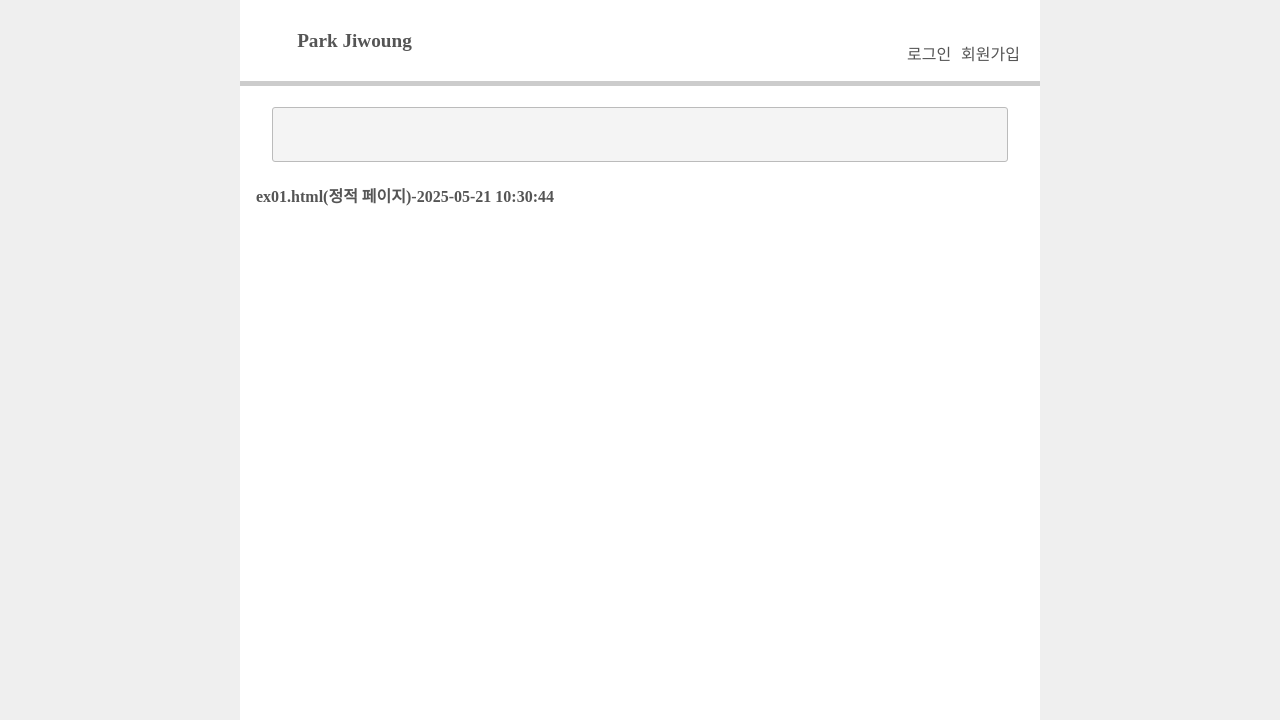
Repository: park-jiwoong/webClass
Page: http://localhost/jspPro/days01/ex01.jsp
The author's editor kept a copy of each file at every save. The page is drawn from the files as they stood at one save, then again after the next save.
The browser window is 1280 px wide. The pictures show the whole page.
Some web fonts or font styles are not loaded; a fallback is used. The page is served by Tomcat 9. Other server files are loaded and not shown.

Above is the page before, as saved 2025-05-21 01:33:30.

### JSPClass/jspPro/src/main/webapp/days01/ex01.jsp
<%@ page contentType="text/html; charset=UTF-8" pageEncoding="UTF-8"%>
<!DOCTYPE html>
<html>
<head>
<meta charset="UTF-8">
<meta name="viewport" content="width=device-width, initial-scale=1.0">
<link rel="shortcut icon" type="image/x-icon" href="http://localhost/jspPro/images/SiSt.ico">
<title>2025. 5. 21. 오전 10:31:44</title>
<script src="https://ajax.googleapis.com/ajax/libs/jquery/3.7.1/jquery.min.js"></script>
<link rel="stylesheet" href="http://localhost/jspPro/resources/cdn-main/example.css">
<script src="http://localhost/jspPro/resources/cdn-main/example.js"></script>
	<style>
 	span.material-symbols-outlined{
    vertical-align: text-bottom;
 	}
	</style>
</head>
<header>
    <h1 class="main"><a href="#" style="position: absolute;top:30px;">Park Jiwoung</a></h1>
    <ul>
        <li><a href="#">로그인</a></li>
        <li><a href="#">회원가입</a></li>

    </ul>
</header>
<div>
    <xmp class="code">
    </xmp>
    <h4>ex01.html(정적 페이지)-2025-05-21 10:30:44</h4>
</div>
</html>

### JSPClass/jspPro/src/main/webapp/resources/cdn-main/example.css
@charset "UTF-8";

@import url('https://fonts.googleapis.com/css2?family=Material+Symbols+Outlined:opsz,wght,FILL,GRAD@20..48,100..700,0..1,-50..200');

@font-face {
    font-family: 'GmarketSansMedium';
    src: url('https://cdn.jsdelivr.net/gh/projectnoonnu/noonfonts_2001@1.1/GmarketSansMedium.woff') format('woff');
    font-weight: normal;
    font-style: normal;
}

:root {
	--text-color: #555;
	--sub-text-color: #777;
	--back-color: #EFEFEF;
	--header-color: #444;
	--primary-color: #DEDEDE;
	--secondary-color: #EFEFEF;
	--default-width: 800px;
	--narrow-width: 500px;
	--wide-width: 1200px;
	--text-font: 'GmarketSansMedium';
	--icon-font: 'Material Symbols Outlined';
	--border-color: #CCC;
}

html, body {
	margin: 0;
	padding: 0;
}

html {
	background-color: var(--back-color);
	display: flex;
	justify-content: center;
	min-height: 100vh;
}

body, body.default {
	width: var(--default-width);
	background-color: white;
	padding-bottom: 120px;
}

body.wide {
	width: var(--wide-width);
}

body.narrow {
	width: var(--narrow-width);
}



body, p, div, span, a, input, select, option, textarea, button, table, th, td, label, fieldset, legend {
	font-family: var(--text-font);
	color: var(--text-color);
}

h1, h2, h3 {
	font-family: var(--text-font);
	color: var(--header-color);
	padding: 0 1rem;
	padding-top: .5rem;
}

div > h1, div > h2, div > h3 {
	padding: 0;
}

body > div, body > main > div {
	padding: 0.3rem 1rem;
}


h1 { font-size: 2rem; border-bottom: 1px solid var(--border-color); }
h1 small { font-size: 1.2rem; color: var(--sub-text-color); }
h2 { font-size: 1.5rem; border-bottom: 1px dashed var(--border-color); }
h2 small { font-size: 1.1rem; color: --sub-text-color; }
h3 { font-size: 1.2rem; }
h3 small { font-size: 1rem; color: --sub-text-color; }



h1.main::before {
	font-family: var(--icon-font);
  	content: '\e666';
  	margin-right: 10px;
  	float: left;
	font-size: 2.5rem;
}

h1.sub::before {
	font-family: var(--icon-font);
  	content: '\ea19';
  	margin-right: 10px;
  	float: left;
	font-size: 2.5rem;
}


h1.page::before {
	font-family: var(--icon-font);
  	content: '\e0e0';
  	margin-right: 10px;
  	float: left;
	font-size: 2.5rem;
}

body > header > ul > li > .active{
	background-color: #FFF;
	color:#F00;
}

body > header {
	display: flex;
	justify-content: space-between;
	border-bottom: 5px solid var(--border-color);
	min-height: 74px;
	background-color: #FFF;
}

body > header.sticky {
	position: sticky;
	top: 0;
	z-index: 98;
}

body > header > h1 {
	font-size: 1.2rem;
	border: 0;
}

body > header.in > h1::before {
	font-family: var(--icon-font);
  	content: '\e332‥';
  	margin-right: 3px;
  	float: left;
	font-size: 2rem;
}


body > header > ul {
	list-style-type: none;
	display: flex;
	align-items: flex-end;
	margin-right: 10px;
}

body > header > ul > li {
	margin-right: 10px;
	cursor: pointer;
}

body > header > ul > li > a {
	cursor: pointer;
}


form {
	display: block;
}

form > div {
	padding: 0.3rem 1rem;
}

div > form > div {
	padding: 0.3rem 0;
}

input, textarea, button, select {
	border: 1px solid #BBB;
	border-radius: 3px;
	outline: none;
	resize: none;
	padding: 7px;
	margin: 0;
}

input[type=text]:read-only, textarea:read-only {
	cursor: not-allowed;
	background-color: #FFF;
}

input[type=text]:disabled, textarea:disabled {
	cursor: not-allowed;
	background-color: #EEE;
}

input[type=text], input[type=password], textarea, button, select {
	/* width: 300px; */
}

textarea {
	display: block;
	height: 100px;
}

input[type=button], input[type=submit], button {
	/* width: inherit; */
}

input.short, textarea.short, button.short, select.short {
	width: 100px;
}

input.long, textarea.long, button.long, select.long {
	width: 350px;
}

.narrow input.long, .narrow textarea.long, .narrow button.long, .narrow select.long {
	width: calc(100% - 20px);
}

input.full, textarea.full, button.full, select.full {
	width: calc(100% - 20px);
}

textarea.short {
	height: 50px;
}

textarea.long {
	height: 100px;
}

textarea.full {
	height: 200px;
}

input, textarea {
	padding-top: 8px;
}

input[type=button], input[type=submit], button {
	padding: 5px 10px;
	background-color: var(--secondary-color);
	cursor: pointer;
	min-height: 36px;
}

input[type=button].primary, input[type=submit].primary, button.primary {
	/* background-color: rgba(100, 149, 237, .2); */
	background-color: var(--primary-color);
}

input[type=button].primary:hover, input[type=submit].primary:hover, button.primary:hover {
	/* background-color: rgba(100, 149, 237, .3); */
	background-color: var(--secondary-color);
}

input[type=button]:hover, input[type=submit]:hover, button:hover {
	background-color: var(--primary-color);
}

button {
	position: relative;
	left: 0;
	top: 0;
	padding-left: 35px;
}

button .material-symbols-outlined {
	position: absolute;
	left: 10px;
	top: 4px;
}

/* k2nik add */
button.login::before {
	font-family: var(--icon-font);
  	content: '\ea77';
	position: absolute;
	left: 11px;
	top: 4px;
	font-size: 1.25rem;
}

/* k2nik logout */
button.logout::before {
	font-family: var(--icon-font);
  	content: '\e9ba';
	position: absolute;
	left: 11px;
	top: 4px;
	font-size: 1.25rem;
}

/* k2nik help */
button.help::before {
	font-family: var(--icon-font);
  	content: '\f1c0';
	position: absolute;
	left: 11px;
	top: 4px;
	font-size: 1.25rem;
}

button.add::before{
	font-family: var(--icon-font);
  	content: '\e746';
	position: absolute;
	left: 11px;
	top: 4px;
	font-size: 1.25rem;
}

button.back::before {
	font-family: var(--icon-font);
  	content: '\e166';
	position: absolute;
	left: 11px;
	top: 4px;
	font-size: 1.25rem;
}

button.list::before {
	font-family: var(--icon-font);
  	content: '\e0ee';
	position: absolute;
	left: 11px;
	top: 4px;
	font-size: 1.25rem;
}


button.del::before {
	font-family: var(--icon-font);
  	content: '\e872';
	position: absolute;
	left: 11px;
	top: 4px;
	font-size: 1.25rem;
}

button.alldel::before {
	font-family: var(--icon-font);
  	content: '\e92b';
	position: absolute;
	left: 11px;
	top: 4px;
	font-size: 1.25rem;
}


button.edit::before {
	font-family: var(--icon-font);
  	content: '\e745';
	position: absolute;
	left: 11px;
	top: 4px;
	font-size: 1.25rem;
}


button.login::before {
	font-family: var(--icon-font);
  	content: '\ea77';
	position: absolute;
	left: 11px;
	top: 4px;
	font-size: 1.25rem;
}


button.logout::before {
	font-family: var(--icon-font);
  	content: '\e9ba';
	position: absolute;
	left: 11px;
	top: 4px;
	font-size: 1.25rem;
}


button.in::before {
	font-family: var(--icon-font);
  	content: '\f71a';
	position: absolute;
	left: 11px;
	top: 4px;
	font-size: 1.25rem;
}


button.out::before {
	font-family: var(--icon-font);
  	content: '\f70e';
	position: absolute;
	left: 11px;
	top: 4px;
	font-size: 1.25rem;
}


button.reply::before {
	font-family: var(--icon-font);
  	content: '\e15e';
	position: absolute;
	left: 11px;
	top: 4px;
	font-size: 1.25rem;
}


button.comment::before {
	font-family: var(--icon-font);
  	content: '\e0b9';
	position: absolute;
	left: 11px;
	top: 4px;
	font-size: 1.25rem;
}


button.modal::before {
	font-family: var(--icon-font);
  	content: '\e89e';
	position: absolute;
	left: 11px;
	top: 4px;
	font-size: 1.25rem;
}


button.ok::before {
	font-family: var(--icon-font);
  	content: '\e86c';
	position: absolute;
	left: 11px;
	top: 4px;
	font-size: 1.25rem;
}


button.cancel::before {
	font-family: var(--icon-font);
  	content: '\e5c9';
	position: absolute;
	left: 11px;
	top: 4px;
	font-size: 1.25rem;
}

button.search::before {
	font-family: var(--icon-font);
  	content: '\e8b6';
	position: absolute;
	left: 11px;
	top: 4px;
	font-size: 1.25rem;
}

button.home::before {
	font-family: var(--icon-font);
  	content: '\e88a';
	position: absolute;
	left: 11px;
	top: 4px;
	font-size: 1.25rem;
}


button.sidebar::before {
	font-family: var(--icon-font);
  	content: '\f7e4';
	position: absolute;
	left: 11px;
	top: 4px;
	font-size: 1.25rem;
}


button.sidebar-right::before {
	font-family: var(--icon-font);
  	content: '\f7e5';
	position: absolute;
	left: 11px;
	top: 4px;
	font-size: 1.25rem;
}




button::before {
	font-family: var(--icon-font);
  	content: '\e323';
	position: absolute;
	left: 11px;
	top: 4px;
	font-size: 1.25rem;
}


table {
	border-collapse: collapse;
	margin: 1rem;
	box-sizing: border-box;
	width: calc(100% - 32px);
}

table.content {
	width: auto;
}

div > table {
	margin: 0;
}

table th, table td {
	border: 1px solid var(--border-color);
	padding: 7px;
	font-weight: normal;
}

table th {
	background-color: var(--back-color);
}

table.vertical th {
	width: 150px;
}

table.vertical td {
	width: calc(100% - 182px);
	padding-left: 10px;
}

table.content td, table.content th {
	width: auto;
}

body.narrow table.vertical th {
	width: 100px;
}

body.narrow table.vertical td {
	width: calc(100% - 182px);
}


table + table {
	margin-top: 30px;
}


p {
	padding: 0 1rem;
}

a {
	text-decoration: none;
}

a:hover {
	color: rgba(255, 99, 71, .7);
}

hr {
	border: 0;
	border-top: 1px solid var(--border-color);
	margin: 2rem 0;
}

.message {
	border: 1px solid var(--border-color);
	background-color: #EFEFEF;
	margin: 1rem;
	width: auto;
	padding-top: 10px;
	padding-bottom: 10px;
	font-size: 14px;
}

.message[title]::before {
	content: attr(title);
	display: block;
	border-bottom: 1px solid var(--border-color);
	padding-bottom: 5px;
	margin-bottom: 10px;
	margin-top: 7px;
}

.message.short {
	max-width: 250px;
}

.message.long {
	max-width: 500px;
}

.badge {
	float: right;
	font-size: .8rem;
	margin-top: 2px;
	margin-right: 2px;
	text-shadow: 0 0 7px gray;
}

.badge.left {
	float: none;
	margin-left: 2px;
}

.badge.right {
	float: right;
}

.badge.red {
	border-radius: 50%;
	padding: 2px 5px;
	background-color: rgb(255, 99, 71, .3);
}

.badge.yellow {

	border-radius: 50%;
	padding: 2px 5px;
	background-color: rgb(255, 215, 0, .5);
}

.badge.blue {
	border-radius: 50%;
	padding: 2px 5px;
	background-color: rgb(100, 149, 237, .3);
}

label + label {
	margin-left: 7px;
}

label input[type=checkbox], label input[type=radio] {
	transform: translate(0, 1px);
}

.group {
	display: flex;
}

.modal-content .group {
	margin-bottom: .5rem;
}

.group label {
	border: 1px solid #BBB;
	border-radius: 3px;
	outline: none;
	resize: none;
	padding: 7px 14px;
	margin: 0;
	border-top-right-radius: 0;
	border-bottom-right-radius: 0;
	background-color: #EFEFEF;
	white-space: nowrap;
	font-size: 14px;
}

.group input[type=text] {
	margin-left: -1px;
	border-top-left-radius: 0;
	border-bottom-left-radius: 0;
}

.group select {
	margin-left: -1px;
	border-top-left-radius: 0;
	border-bottom-left-radius: 0;
}

.group input.full[type=text] {
	margin-left: -1px;
	border-top-left-radius: 0;
	border-bottom-left-radius: 0;
	width: 100%;
}

.group input[type=button]:first-child, .group button:first-child {
	border-top-left-radius: 3px;
	border-bottom-left-radius: 3px;
	margin-left: 0px;
}

.group input[type=button], .group button {
	border-radius: 0;
	margin-left: -1px;
}

.group input[type=button]:last-child, .group button:last-child {
	margin-left: -1px;
	border-top-right-radius: 3px;
	border-bottom-right-radius: 3px;
}

.seperate {
	display: flex;
	justify-content: space-between;
}

div.list {
	width: max-content;
	margin: 1rem;
	border: 1px solid #BBB;
	border-radius: 3px;
	padding: 0;
}

div.list.full {
	width: auto;
	display: block;
	margin: 1rem;
	border: 1px solid #BBB;
	border-radius: 3px;
	padding: 0;
}

div.list > div {
	padding: .5rem 1rem;
	margin: 0;
	border-bottom: 1px solid #BBB;
}

div.list > div:last-child {
	border-bottom: 0;
}

pre.code , xmp.code{
	font-family: consols;
	background-color: rgba(150, 150, 150, .1);
	border: 1px solid #BBB;
	border-radius: 3px;
	padding: .5rem 1rem;
	padding-bottom: .6rem;
	margin: 1rem;
}




*[data-modal-window] {
	position: fixed;
	background-color: rgba(0, 0, 0, .3);
	left: 0;
	top: 0;
	display: none;
	justify-content: center;
	align-items: flex-start;
	width: 100%;
	min-height: 100vh;
	z-index: 100;
	opacity: 0;
	transition: 500ms all;
}

*[data-modal-window] .modal-container {
	border-radius: 5px;
	padding: 1rem;
	padding-bottom: .5rem;
	margin-top: -500px;
	opacity: 0;
	width: 500px;
	background-color: #FFF;
	margin-right: 2rem;
	transition: 500ms all;
}

*[data-modal-size=content] .modal-container {
	width: auto;
}

*[data-modal-size=narrow] .modal-container {
	width: 300px;
}

*[data-modal-size=wide] .modal-container {
	width: 760px;
}


*[data-modal-window] .modal-header {
	border-bottom: 1px solid var(--border-color);
	padding: 2px 5px;
}

*[data-modal-window] .modal-content {
	padding: 1rem 5px;
}

*[data-modal-window] .modal-content div:last-child {
	margin-top: 1rem;
	text-align: right;
}



*[data-sidebar-window] {
	position: fixed;
	background-color: #FFF;
	left: 0;
	top: 0;
	display: block;
	width: 300px;
	border-right: 1px solid var(--border-color);
	box-sizing: border-box;
	box-shadow: 0 0 3px var(--back-color);
	min-height: 100vh;
	z-index: 99;
	transform: translate(-300px, 0);
	transition-duration: 500ms;
	transition-property: transform;
}

*[data-sidebar-direction=right] {
	left: auto;
	right: 0;
	transform: translate(300px, 0);
	border-left: 1px solid var(--border-color);
}

*[data-sidebar-size=wide] {
	width: 500px;
	transform: translate(-500px, 0);
}

*[data-sidebar-window] .sidebar-title {
	border-bottom: 1px solid var(--border-color);
	margin-top: 20px;
	margin-bottom: 20px;
	padding-bottom: 5px;
	display: flex;
	justify-content: space-between;
}

*[data-sidebar-window] .sidebar-title span:last-child {
	cursor: pointer;
}


/* K2Nik pagination */
.center {
  text-align: center;
}

.pagination {
  display: inline-block;
}

.pagination a {
  color: black;
  float: left;
  padding: 3px 6px;
  text-decoration: none;
  transition: background-color .3s;
  border: 1px solid #ddd;
  margin: 0 3px;
}

.pagination a.active {
  background-color: #4CAF50;
  color: white;
  border: 1px solid #4CAF50;
}

.pagination a:hover:not(.active) {background-color: #ddd;}

### JSPClass/jspPro/src/main/webapp/resources/cdn-main/example.js

window.onload = () => {

    const list = document.querySelectorAll('input, textarea');

    list.forEach(item => {
        item.setAttribute('autocomplete', 'off');
    });


    const modal_btn_list = document.querySelectorAll('*[data-modal-button]');

    modal_btn_list.forEach(item => {
        item.onclick = function() {

            const name = this.dataset['modalButton'];
            const modal_window = document.querySelector('*[data-modal-window=' + name);

            const container = document.createElement('div');
            container.className = 'modal-container';



            const modal_header = document.createElement('div');
            modal_header.textContent = modal_window.dataset['modalTitle'];
            modal_header.className = 'modal-header';
            container.appendChild(modal_header);

            const modal_content = document.createElement('div');
            modal_content.className = 'modal-content';
            container.appendChild(modal_content);

            Array.from(modal_window.childNodes).forEach(item => {
                modal_content.appendChild(item);
            });

            modal_window.appendChild(container);

            modal_window.style.display = 'flex';

            setTimeout(() => {
                modal_window.style.opacity = 1;
                container.style.marginTop = '20px';
                container.style.opacity = 1;
            }, 50);


            const modal_ok = document.querySelector('*[data-modal-ok=' + name);
            modal_ok.addEventListener('click', function() {
                modal_window.style.opacity = 0;
                container.style.marginTop = '-500px';
                container.style.opacity = 0;

                setTimeout(() => {
                    modal_window.innerHTML = modal_content.innerHTML;
                    modal_window.style.display = 'none';
                }, 500);

            });

            const modal_cancel = document.querySelector('*[data-modal-cancel=' + name);
            modal_cancel.addEventListener('click', function() {

                modal_window.style.opacity = 0;
                container.style.marginTop = '-500px';
                container.style.opacity = 0;

                setTimeout(() => {
                    modal_window.innerHTML = modal_content.innerHTML;
                    modal_window.style.display = 'none';
                }, 500);
            });


        };
    });


    const sidebar_btn_list = document.querySelectorAll('*[data-sidebar-button]');

    sidebar_btn_list.forEach(item => {
        item.onclick = function() {



            const name = this.dataset['sidebarButton'];
            const sidebar_window = document.querySelector('*[data-sidebar-window=' + name);

            if (sidebar_window.style.transform == 'translate(0px, 0px)') return;



            sidebar_window.style.transform = 'translate(0, 0)';

            const sidebar_title = document.createElement('div');
            sidebar_title.className = 'sidebar-title';
            sidebar_title.innerHTML = '<span>' + sidebar_window.dataset['sidebarTitle'] + '</span><span class="material-symbols-outlined">close</span>';

            sidebar_title.children[1].onclick = function() {

                let sign = 1;
                let distance = 300;

                if (sidebar_window.dataset['sidebarDirection'] != 'right') {
                    sign = -1;
                } else {
                    sign = 1;
                }

                if (sidebar_window.dataset['sidebarSize'] != 'wide') {
                    distance = 300;
                } else {
                    distance = 500;
                }

                distance *= sign;

                sidebar_window.style.transform = 'translate(' + distance + 'px, 0)';

                setTimeout(function() {
                    sidebar_window.removeChild(sidebar_window.children[0]);
                }, 500);
            };


            sidebar_window.prepend(sidebar_title);

        }
    });

};

// window.onkeydown = function(event) {

//     if (event.keyCode == 27) {
//         if (document.querySelector('[data-modal-window').style.display == 'flex') {
//             document.querySelector('[data-modal-window').style.display = 'none';
//         }
//     }

// };

After the next save:
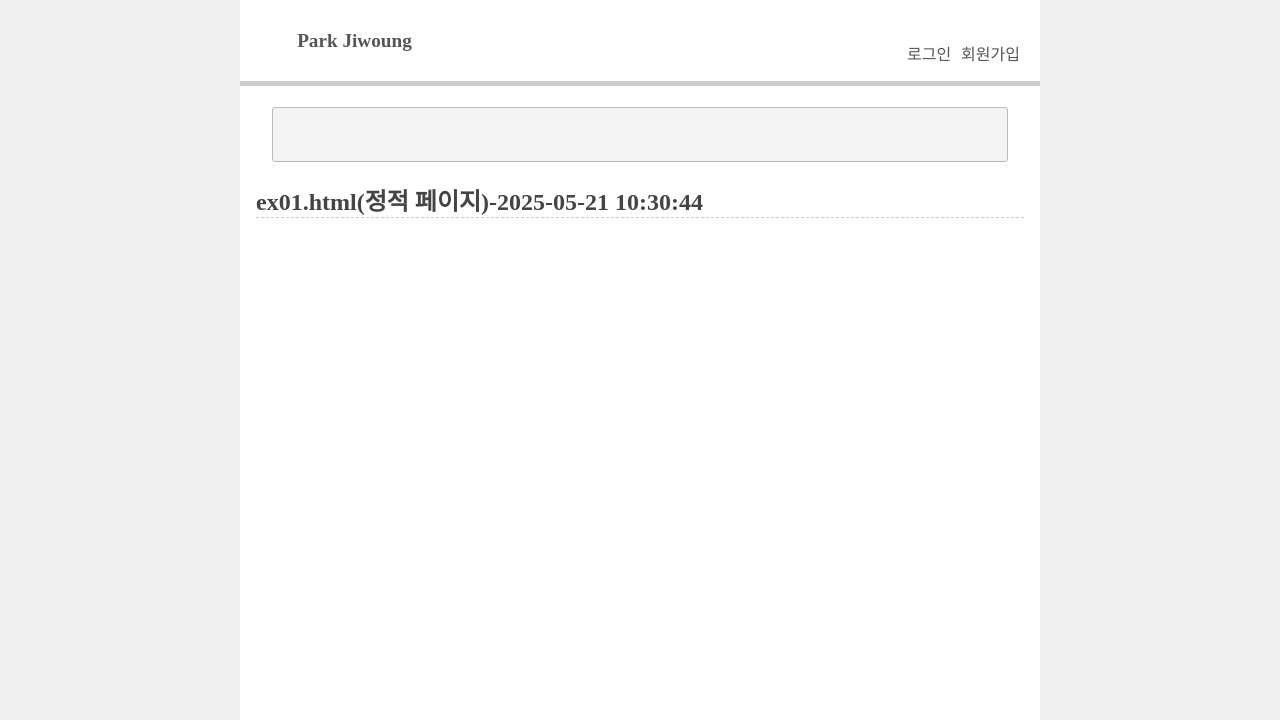
Saved 6 s later.
--- a/JSPClass/jspPro/src/main/webapp/days01/ex01.jsp
+++ b/JSPClass/jspPro/src/main/webapp/days01/ex01.jsp
@@ -26,6 +26,6 @@
 <div>
     <xmp class="code">
     </xmp>
-    <h4>ex01.html(정적 페이지)-2025-05-21 10:30:44</h4>
+    <h2>ex01.html(정적 페이지)-2025-05-21 10:30:44</h2>
 </div>
 </html>

After the save that followed:
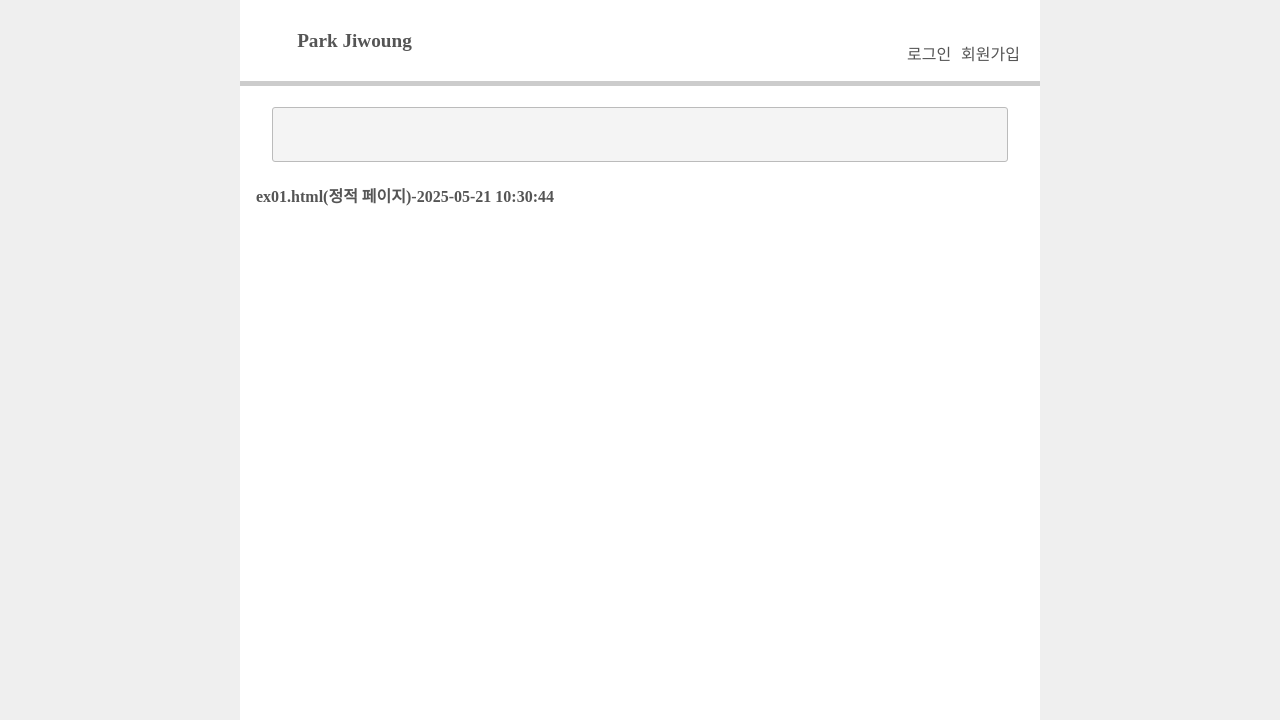
Saved 9 s later.
--- a/JSPClass/jspPro/src/main/webapp/days01/ex01.jsp
+++ b/JSPClass/jspPro/src/main/webapp/days01/ex01.jsp
@@ -26,6 +26,6 @@
 <div>
     <xmp class="code">
     </xmp>
-    <h2>ex01.html(정적 페이지)-2025-05-21 10:30:44</h2>
+    <h4>ex01.html(정적 페이지)-2025-05-21 10:30:44</h4>
 </div>
 </html>
